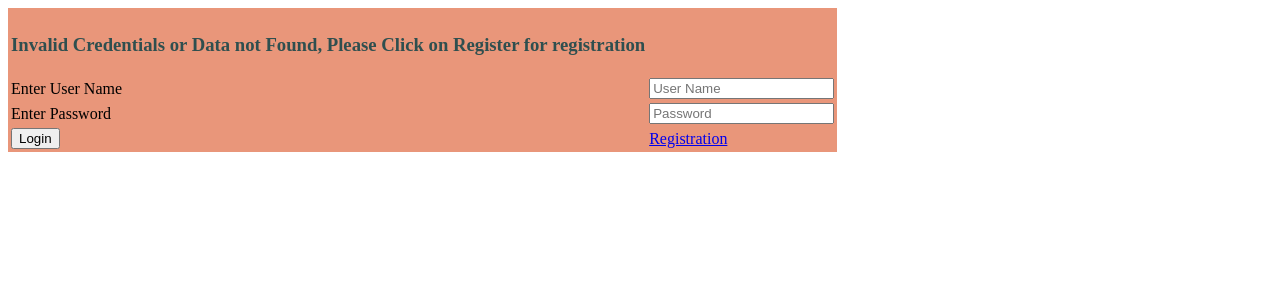
Repository: Pramila0526/LoginRegistrationUsingFilters
Page: http://localhost/LoginAndRegistration/login.jsp
These files come from the project's save history. The page is drawn as it stood at one moment and after the next save; the edit follows.
The browser window is 1280 px wide. The pictures show the whole page.
The page is served by Tomcat 9. Other server files are loaded and not shown.

Above is the page before, as saved 2019-12-27 05:53:29.

### LoginAndRegistration/WebContent/login.jsp
<%@ page language="java" contentType="text/html; charset=UTF-8"
	pageEncoding="UTF-8"%>
<!DOCTYPE html>
<html>
<head>
<meta charset="UTF-8">
<title>Insert title here</title>
</head>
<body>
	<form action="Login" method="post">
		<table style="background-color: DarkSalmon;">
		<tr>
				<td></td>
			</tr>
			<tr>
				<td><h3 style="color: darkslategray;">Invalid Credentials or
							Data not Found, Please Click on Register for registration</h3></td>
			</tr>

			<tr>
				<td>Enter User Name</td>
				<td><input type="text" name="userName" placeholder="User Name"></td>
			</tr>
			<tr>
				<td>Enter Password</td>
				<td><input type="password" name="password" placeholder="Password"></td>
			</tr>

			<tr>
				<td><input type="submit" name="Login" value="Login"></td>
				<td><a href="register.jsp">Registration</a></td>
			</tr>
		</table>
	</form>
</body>
</html>

After the next save:
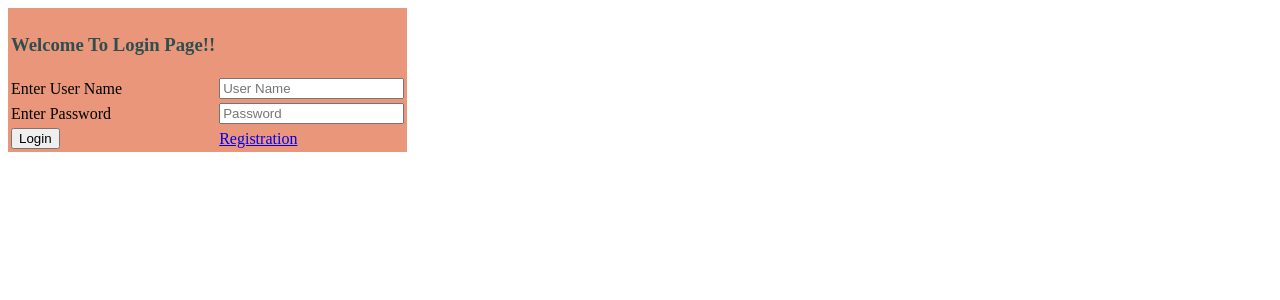
Saved 44 s later.
--- a/LoginAndRegistration/WebContent/login.jsp
+++ b/LoginAndRegistration/WebContent/login.jsp
@@ -11,10 +11,10 @@
 		<table style="background-color: DarkSalmon;">
 		<tr>
 				<td></td>
+				<tr>
+				<td><h3 style="color: darkslategray;">Welcome To Login
+						Page!!</h3></td>
 			</tr>
-			<tr>
-				<td><h3 style="color: darkslategray;">Invalid Credentials or
-							Data not Found, Please Click on Register for registration</h3></td>
 			</tr>
 
 			<tr>
